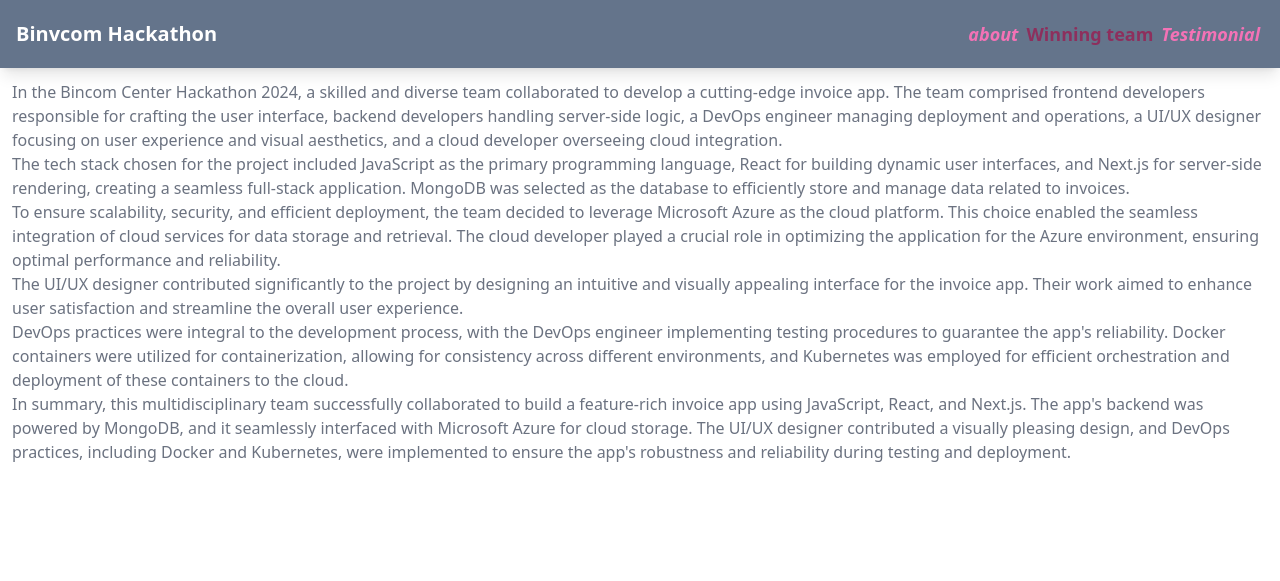
Repository: Semanmernstack/Bincom
Page: /winner
These files come from the project's save history. The page is drawn as it stood at one moment and after the next save; the edit follows.
The browser window is 1280 px wide. The pictures show the whole page.
The project was rebuilt for these pictures with package versions that can differ from the ones it lists, and the page was loaded fresh each time. The framework's server and built-in components were replaced by stand-ins that run in the browser. Also part of the build but not shown: next.config.mjs.

Above is the page before, as saved 2024-01-25 23:21:59.

After the next save:
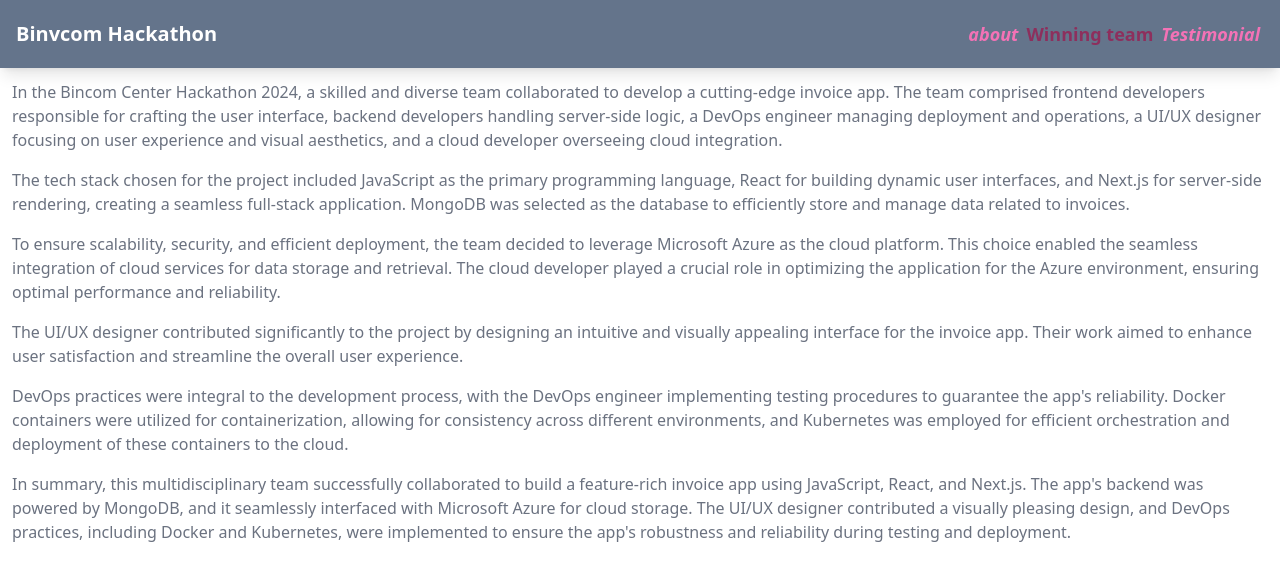
Saved 48 s later.
--- a/app/winner/page.tsx
+++ b/app/winner/page.tsx
@@ -2,7 +2,7 @@ import React from 'react'
 
 function page() {
   return (
-    <div className='p-3 text-gray-500 gap-4'>
+    <div className='flex flex-col p-3 text-gray-500 gap-4'>
         <h2>
             In the Bincom Center Hackathon 2024, a skilled and diverse team collaborated to develop a cutting-edge invoice app. The team comprised frontend developers responsible for crafting the user interface, backend developers handling server-side logic, a DevOps engineer managing deployment and operations, a UI/UX designer focusing on user experience and visual aesthetics, and a cloud developer overseeing cloud integration.
         </h2>
